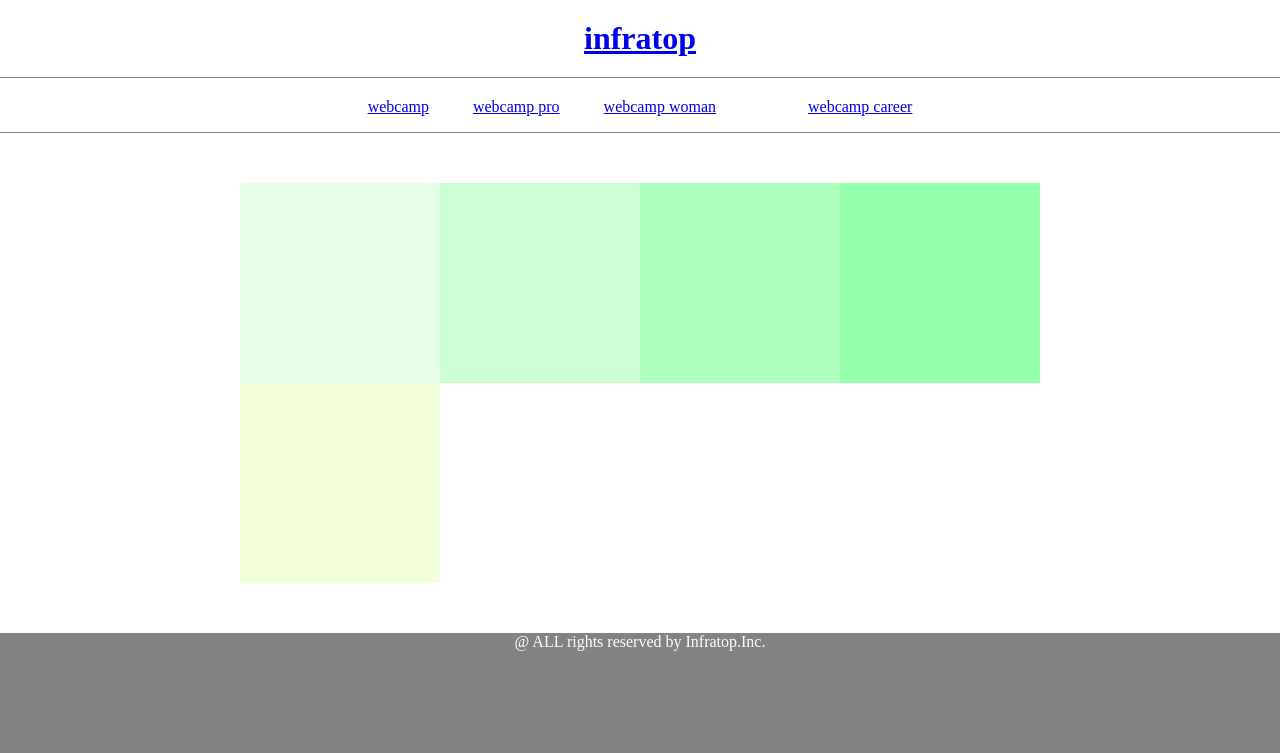
Repository: ayakodesu/html-practice
Page: 5/5sixyou.html
The author's editor kept a record of every edit. The page is drawn from the files as they stood at one moment, then again after the next edit.
The browser window is 1280 px wide. The pictures show the whole page.

Above is the page before.

After the next edit:
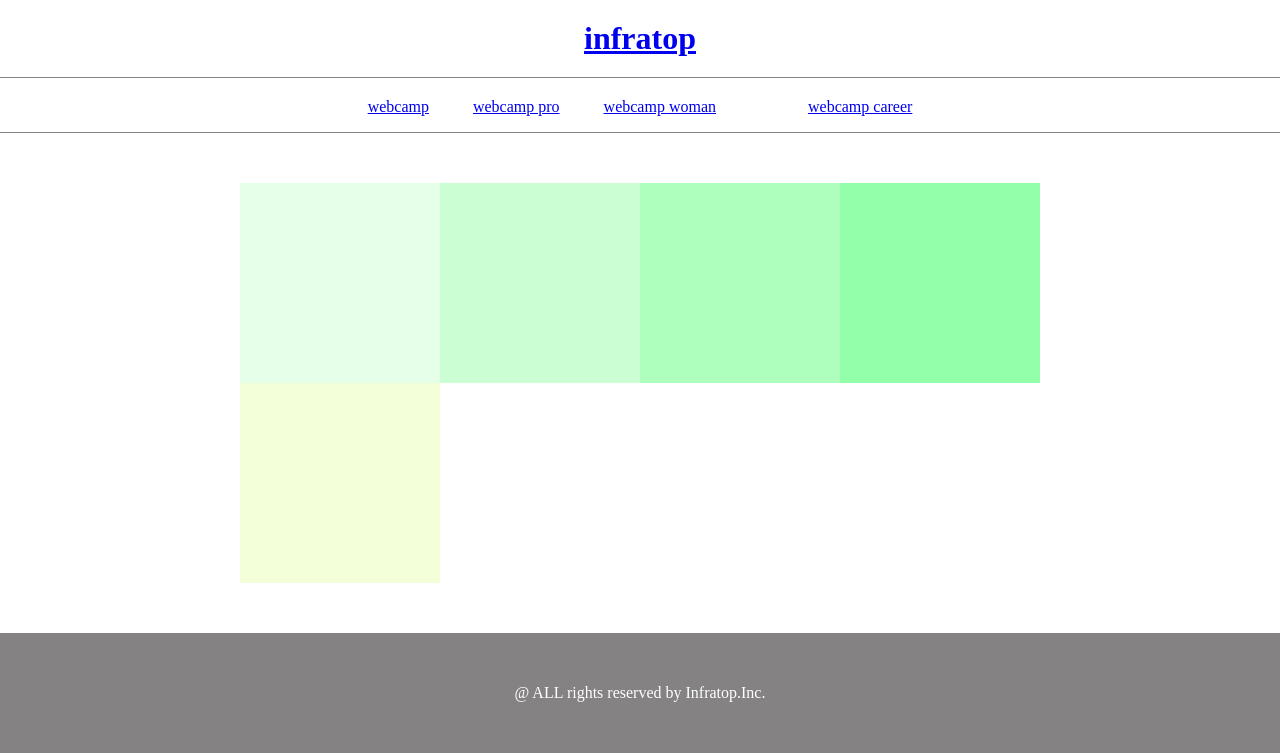
The edit:
--- a/5/5sixyou.css
+++ b/5/5sixyou.css
@@ -116,6 +116,7 @@
   width: 100%;
   height: 120px;
   text-align:center;
+  line-height: 120px;
   background-color: #848282;
 }
 
